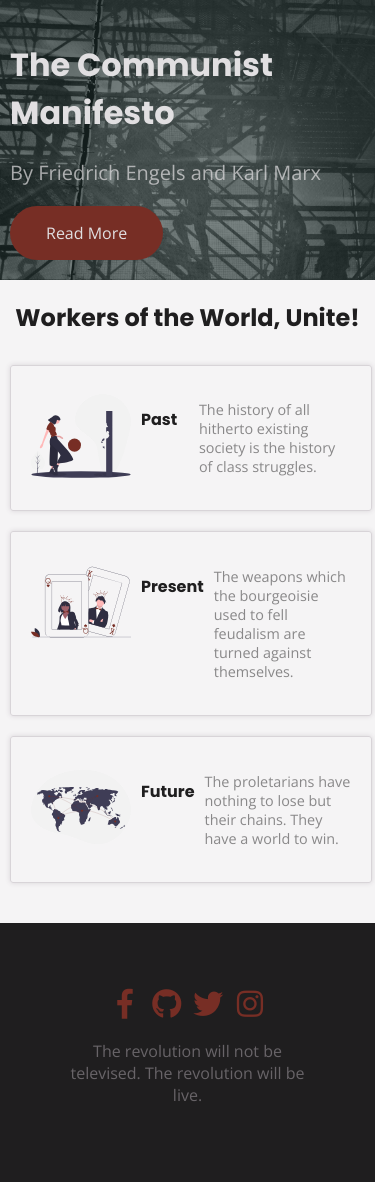
Repository: eaang/landing
Page: index.html
These files come from the project's save history. The page is drawn as it stood at one moment and after the next save; the edit follows.
The browser window is 375 px wide. The pictures show the whole page.
Some web libraries are served in a nearby version.

Above is the page before, as saved 2020-06-10 17:21:33.

### index.html
<!DOCTYPE html>
<html>
  <head>
    <meta charset="UTF-8" />
    <title>The Communist Manifesto</title>
    <link rel="shortcut icon" href="data:[embedded picture, 18 characters]" type="image/x-icon" />
    <!-- We need this line below for responsiveness! -->
    <meta name="viewport" content="width=device-width, initial-scale=1" />
    <link rel="stylesheet" href="css/style.css" />
  </head>
  <body>
    <!-- code a Hero / Banner section -->
    <div class="banner">
      <div class="container">
        <h1>The Communist Manifesto</h1>
        <p>By Friedrich Engels and Karl Marx</p>
        <a class="btn-primary" href="#">Read More</a>
      </div>
    </div>
    <!-- code a "How it works" section -->
    <div class="container">
      <h2 class="text-center">Workers of the World, Unite!</h2>
      <div class="cards">
        <div class="card">
          <img src="images/struggle.svg" alt="" />
          <div class="card-titles"><h4>Past</h4></div>
          <div class="card-text"><p>
            The history of all hitherto existing society is the history of class
            struggles.
          </p></div>
        </div>

        <div class="card">
          <img src="images/feudal.svg" alt="" />
          <div class="card-titles"><h4>Present</h4></div>
          <div class="card-text"><p>
            The weapons which the bourgeoisie used to fell feudalism are turned
            against themselves.
          </p></div>
        </div>

        <div class="card">
          <img src="images/future.svg" alt="" />
          <div class="card-titles"><h4>Future</h4></div>
          <div class="card-text"><p>
            The proletarians have nothing to lose but their chains. They have a
            world to win.
          </p></div>
        </div>
      </div>
    </div>
    <!-- code a footer -->
    <div class="footer">
      <div class="links">
        <a href="#"><i class="fab fa-fw fa-facebook-f"></i></a>
        <a href="#"><i class="fab fa-fw fa-github"></i></a>
        <a href="#"><i class="fab fa-fw fa-twitter"></i></a>
        <a href="#"><i class="fab fa-fw fa-instagram"></i></a>
        <p>
          The revolution will not be televised. The revolution will be live.
        </p>
      </div>
    </div>
  </body>
</html>

### css/style.css
/* Fonts */
@import url("https://fonts.googleapis.com/css?family=Open+Sans:400,700|Poppins:700");

/* Fontawesome */
@import url("https://use.fontawesome.com/releases/v5.6.3/css/all.css");

/* Utilities */
body {
  margin: 0;
  font-family: Open Sans;
  background-color: #f5f4f5;
  color: #1f1e1f;
}

h1,
h2,
h3,
h4 {
  font-family: Poppins;
}

a {
  text-decoration: none;
}

.text-center {
  text-align: center;
}
/* Custom design below! */
.container {
  max-width: 900px;
  margin: auto;
}

/* Banner design */
.banner:before {
  content: " ";
  display: block;
  position: absolute;
  left: 0;
  top: 0;
  width: 100%;
  height: 100%;
  z-index: 1;
  opacity: 0.4;
  background-image: url("../images/background.jpg");
  background-repeat: no-repeat;
  background-position: 50% 0;
  -ms-background-size: cover;
  -o-background-size: cover;
  -moz-background-size: cover;
  -webkit-background-size: cover;
  background-size: cover;
}
.banner {
  position: relative;
  background: #203130;
  overflow: hidden;
  padding: 200px 0;
}
.banner h1 {
  position: relative;
  z-index: 2;
  color: #e1dfe1;
}
.banner p {
  position: relative;
  z-index: 2;
  color: #e1dfe1;
  opacity: 0.7;
  font-size: 20px;
}
.btn-primary {
  position: relative;
  z-index: 2;
  display: inline-block;
  background-color: #772e25;
  padding: 16px 36px;
  border-radius: 50px;
  color: #e1dfe1;
}

/* Cards design */
.cards {
  flex-wrap: wrap;
  display: flex;
  justify-content: space-between;
  margin-bottom: 30px;
}
.card {
  max-width: 200px;
  border-radius: 3px;
  box-shadow: 0 0 5px rgb(216, 212, 216);
  text-align: center;
  padding: 20px;
  border: 1px solid rgb(216, 212, 216);
}
.card img {
  height: 100px;
}
.card p {
  opacity: 0.5;
  font-size: 0.9em;
}

/* Footer design */
.footer {
  text-align: center;
  padding: 60px;
  background-color: #1f1e1f;
}
.footer a {
  font-size: 30px;
  color: #772e25;
}
.footer p {
  color: #686468;
}

/* Media Queries */

@media only screen and (max-width: 1000px) {
  .banner {
    padding: 50px 20px;
  }
  .cards {
    padding: 0px 10px 0px 10px;
  }
  .card {
    margin: 0 10px;
  }
}
@media only screen and (max-width: 830px) {
  .cards {
    flex-direction: column;
  }
  .card {
    min-width: 90%;
    margin: 10px auto;
    display: flex;
    justify-content: space-between;
    text-align: left;
  }
  .card img {
    width: 100px;
  }
  .card-titles {
    flex: 1 0 auto;
    text-align: left;
    padding-left: 10px;
    margin-right: 10px;
    min-width: 15%;
  }
  .card-text {
    max-width: 70%;
  }
}
@media only screen and (max-width: 600px) {
  .banner {
    padding: 20px 10px;
    display: flex;
    justify-content: space-around;
  }
  .banner h1 {
    font-size: 1.5em
    display: inline-block;
  }
  .banner p {
    font-size: 1em
    display: inline-block;
  }
}

After the next save:
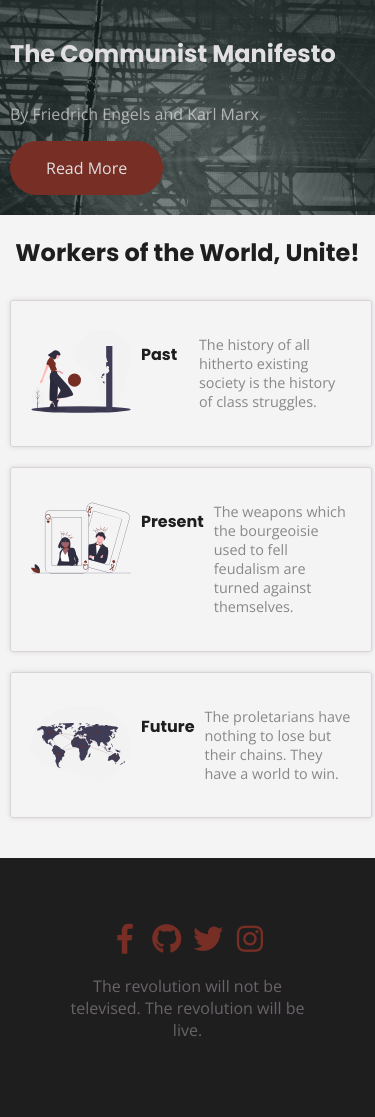
Saved 12 s later.
--- a/css/style.css
+++ b/css/style.css
@@ -162,11 +162,11 @@ a {
     justify-content: space-around;
   }
   .banner h1 {
-    font-size: 1.5em
+    font-size: 1.5em;
     display: inline-block;
   }
   .banner p {
-    font-size: 1em
+    font-size: 1em;
     display: inline-block;
   }
 }
